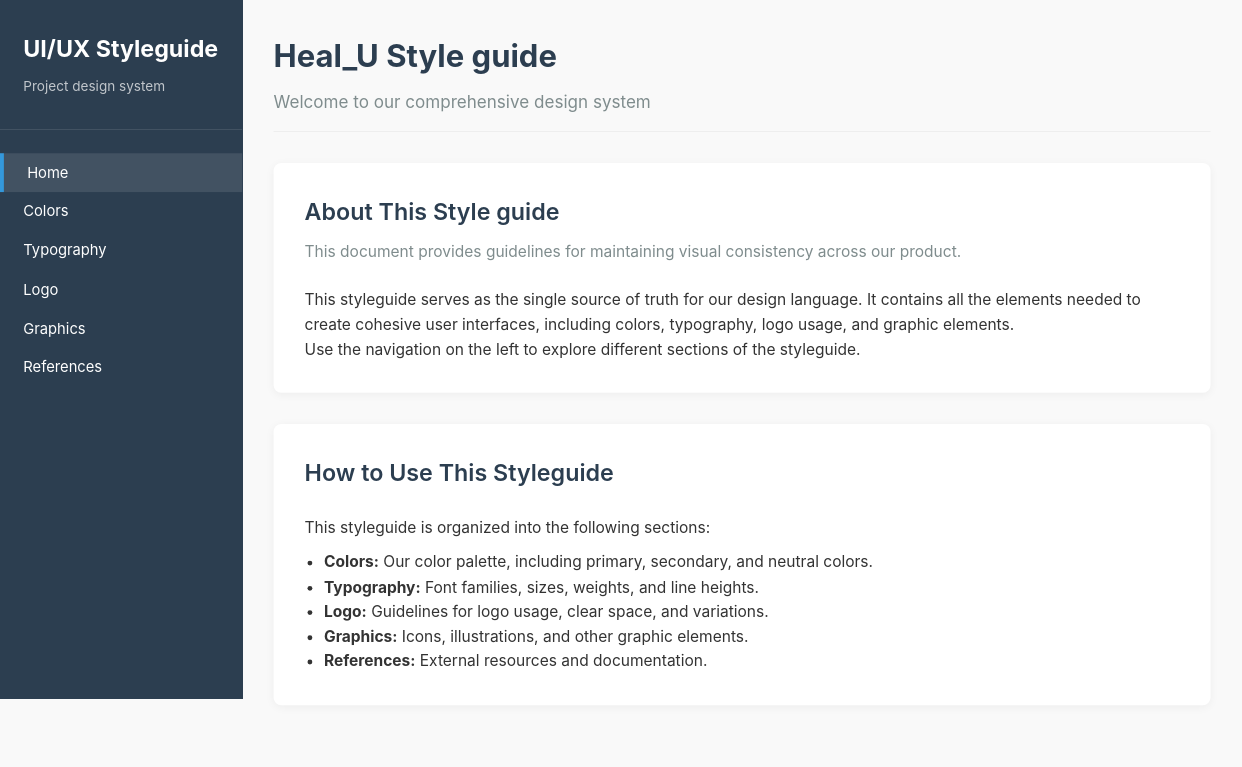
Repository: rosielee09/Heal_U
Page: index.html
The author's editor kept a copy of each file at every save. The page is drawn from the files as they stood at one save, then again after the next save.
The browser window is 1280 px wide. The pictures show the whole page, at 97% of full size.

Above is the page before, as saved 2025-04-03 23:53:34.

### index.html
<!DOCTYPE html>
<html lang="en">
<head>
    <meta charset="UTF-8">
    <meta name="viewport" content="width=device-width, initial-scale=1.0">
    <link rel="stylesheet" href="styles.css">
    <title>Heal_U Styleguide</title>
</head>
<body>
    <div class="container">
        <!-- Sidebar Navigation -->
        <div class="sidebar">
            <div class="sidebar-header">
                <h1>UI/UX Styleguide</h1>
                <p>Project design system</p>
            </div>
            <ul class="nav">
                <li class="active"><a href="index.html">Home</a></li>
                <li><a href="colors.html">Colors</a></li>
                <li><a href="typography.html">Typography</a></li>
                <li><a href="logo.html">Logo</a></li>
                <li><a href="graphics.html">Graphics</a></li>
                <li><a href="references.html">References</a></li>
            </ul>
        </div>

        <!-- Main Content - Home Page -->
        <div class="content">
            <header class="page-header">
                <h2>Heal_U Style guide</h2>
                <p>Welcome to our comprehensive design system</p>
            </header>

            <div class="component">
                <div class="component-header">
                    <h3 class="component-title">About This Style guide</h3>
                    <p class="component-description">This document provides guidelines for maintaining visual consistency across our product.</p>
                </div>
                <div class="component-content">
                    <p>This styleguide serves as the single source of truth for our design language. It contains all the elements needed to create cohesive user interfaces, including colors, typography, logo usage, and graphic elements.</p>
                    <p>Use the navigation on the left to explore different sections of the styleguide.</p>
                </div>
            </div>

            <div class="component">
                <div class="component-header">
                    <h3 class="component-title">How to Use This Styleguide</h3>
                </div>
                <div class="component-content">
                    <p>This styleguide is organized into the following sections:</p>
                    <ul style="margin-left: 20px; margin-top: 10px;">
                        <li><strong>Colors:</strong> Our color palette, including primary, secondary, and neutral colors.</li>
                        <li><strong>Typography:</strong> Font families, sizes, weights, and line heights.</li>
                        <li><strong>Logo:</strong> Guidelines for logo usage, clear space, and variations.</li>
                        <li><strong>Graphics:</strong> Icons, illustrations, and other graphic elements.</li>
                        <li><strong>References:</strong> External resources and documentation.</li>
                    </ul>
                </div>
            </div>
        </div>
    </div>
</body>
<script src="script.js"></script>
</html>

### styles.css
* {
    margin: 0;
    padding: 0;
    box-sizing: border-box;
}

body {
    font-family: 'Inter', -apple-system, BlinkMacSystemFont, 'Segoe UI', Roboto, Oxygen, Ubuntu, Cantarell, sans-serif;
    line-height: 1.6;
    color: #333;
    background-color: #f9f9f9;
}

/* Layout */
.container {
    display: flex;
    min-height: 100vh;
}

/* Sidebar Navigation */
.sidebar {
    width: 250px;
    background-color: #2c3e50;
    color: #fff;
    padding: 2rem 0;
    position: fixed;
    height: 100vh;
    overflow-y: auto;
}

.sidebar-header {
    padding: 0 1.5rem 2rem;
    border-bottom: 1px solid rgba(255, 255, 255, 0.1);
}

.sidebar-header h1 {
    font-size: 1.5rem;
    font-weight: 700;
    margin-bottom: 0.5rem;
}

.sidebar-header p {
    font-size: 0.875rem;
    opacity: 0.7;
}

.nav {
    list-style: none;
    padding: 1.5rem 0;
}

.nav li {
    padding: 0.5rem 1.5rem;
}

.nav li.active {
    background-color: rgba(255, 255, 255, 0.1);
    border-left: 4px solid #3498db;
}

.nav a {
    color: #fff;
    text-decoration: none;
    display: block;
    font-size: 0.95rem;
    transition: all 0.2s;
}

.nav a:hover {
    opacity: 0.8;
}

/* Main Content */
.content {
    flex: 1;
    padding: 2rem;
    margin-left: 250px;
    max-width: calc(100% - 250px);
}

.page-header {
    margin-bottom: 2rem;
    padding-bottom: 1rem;
    border-bottom: 1px solid #eee;
}

.page-header h2 {
    font-size: 2rem;
    font-weight: 700;
    color: #2c3e50;
    margin-bottom: 0.5rem;
}

.page-header p {
    color: #7f8c8d;
    font-size: 1.1rem;
}

/* Components Common Styles */
.component {
    background-color: #fff;
    border-radius: 8px;
    box-shadow: 0 2px 10px rgba(0, 0, 0, 0.05);
    padding: 2rem;
    margin-bottom: 2rem;
}

.component-header {
    margin-bottom: 1.5rem;
}

.component-title {
    font-size: 1.5rem;
    font-weight: 600;
    margin-bottom: 0.5rem;
    color: #2c3e50;
}

.component-description {
    color: #7f8c8d;
}


/* Typography */
/* Import Roboto font with multiple weights */
@import url('https://fonts.googleapis.com/css2?family=Roboto:wght@400;500;700&display=swap');

/* Import Roboto font with multiple weights */
@import url('https://fonts.googleapis.com/css2?family=Roboto:wght@400;500;700&display=swap');

/* Table styling */
table {
  width: 100%;
  border-collapse: collapse;
  font-family: 'Roboto', sans-serif;
  margin: 2rem 0;
}

th {
  background-color: #f8f9fa;
  color: #212529;
  padding: 12px 16px;
  text-align: left;
  font-weight: 500;
  border-bottom: 2px solid #dee2e6;
}

td {
  padding: 16px;
  border-bottom: 1px solid #e9ecef;
  vertical-align: top;
}

/* Remove default list styling */
td li {
  list-style: none;
  margin: 4px 0;
  padding-left: 0;
}



.content-image {
  display: flex;
  flex-direction: row;
  flex-wrap: wrap;
  justify-content: space-around;
  padding: 1rem;
}

.center {
  text-align: center;
}

/* Typography styles */
.heading1 {
  font-family: 'Roboto', sans-serif;
  font-size: 40px;
  line-height: 48px;
  font-weight: 700;
  color: #212529;
}

.heading2 {
  font-family: 'Roboto', sans-serif;
  font-size: 32px;
  line-height: 40px;
  font-weight: 700;
  color: #212529;
}

.section-header {
  font-family: 'Roboto', sans-serif;
  font-size: 24px;
  line-height: 32px;
  font-weight: 700;
  color: #212529;
}

.sub-header {
  font-family: 'Roboto', sans-serif;
  font-size: 20px;
  line-height: 28px;
  font-weight: 700;
  color: #212529;
}

.body-bold {
  font-family: 'Roboto', sans-serif;
  font-size: 16px;
  line-height: 24px;
  font-weight: 700;
  color: #212529;
}

.body {
  font-family: 'Roboto', sans-serif;
  font-size: 16px;
  line-height: 24px;
  font-weight: 400;
  color: #212529;
}

.small {
  font-family: 'Roboto', sans-serif;
  font-size: 14px;
  line-height: 20px;
  font-weight: 400;
  color: #212529;
}

.small-italic {
  font-family: 'Roboto', sans-serif;
  font-style: italic;
  font-size: 14px;
  line-height: 20px;
  font-weight: 400;
  color: #212529;
}

.tiny-bold {
  font-family: 'Roboto', sans-serif;
  font-size: 12px;
  line-height: 18px;
  font-weight: 700;
  color: #212529;
}

.tiny {
  font-family: 'Roboto', sans-serif;
  font-size: 12px;
  line-height: 18px;
  font-weight: 400;
  color: #212529;
}

.mini {
  font-family: 'Roboto', sans-serif;
  font-size: 8px;
  line-height: 12px;
  font-weight: 400;
  color: #212529;
  letter-spacing: 0.5px;
}

/* Add zebra striping for better readability */
tbody tr:nth-child(odd) {
  background-color: #f8f9fa;
}

Loaded but not shown: script.js (no stored copy; drawn as an empty file)

After the next save:
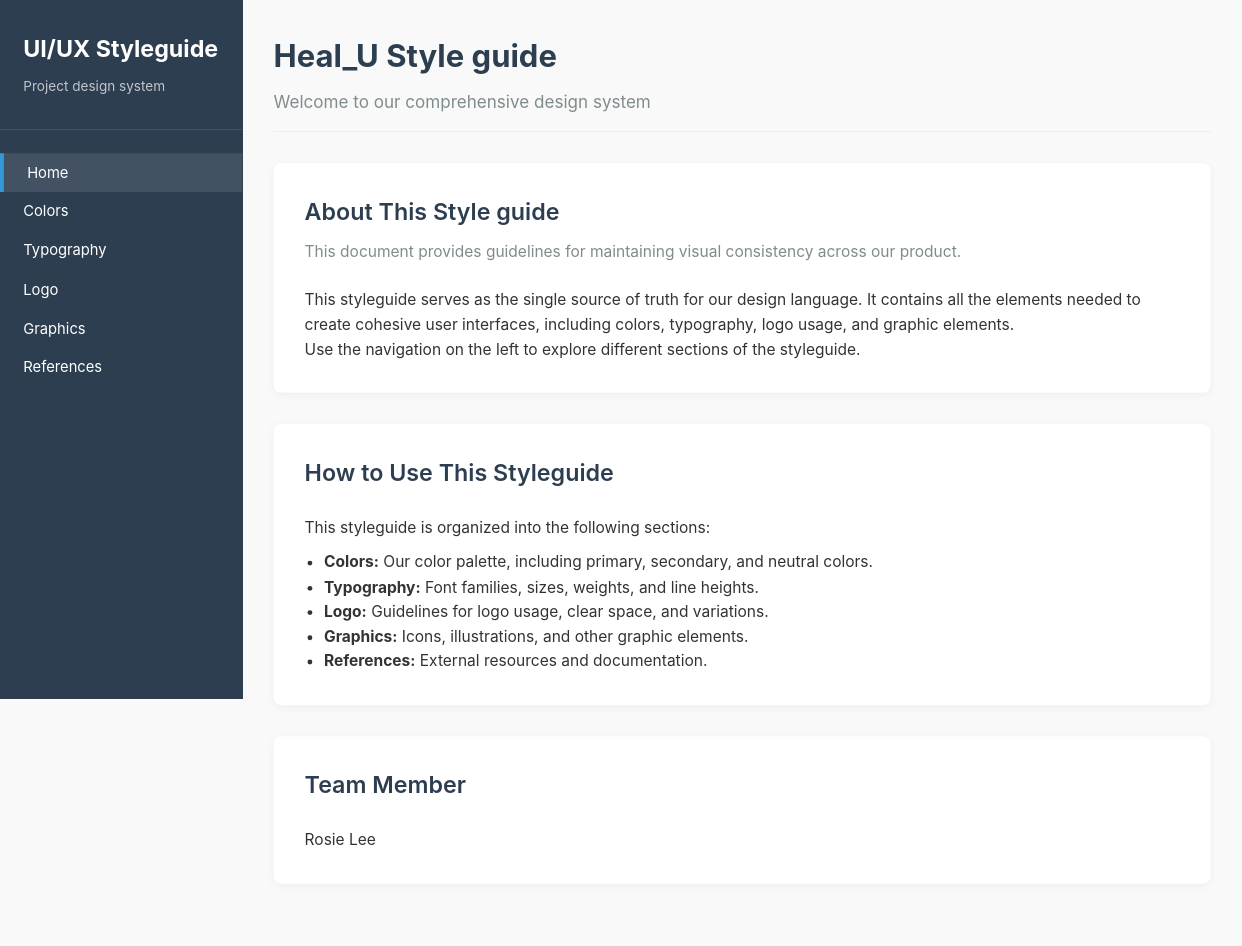
Saved 74 s later.
--- a/index.html
+++ b/index.html
@@ -57,6 +57,16 @@
                     </ul>
                 </div>
             </div>
+
+
+            <div class="component">
+                <div class="component-header">
+                    <h3 class="component-title">Team Member</h3>
+                </div>
+                <div class="component-content">
+                    <p>Rosie Lee</p>
+                </div>
+            </div>
         </div>
     </div>
 </body>
